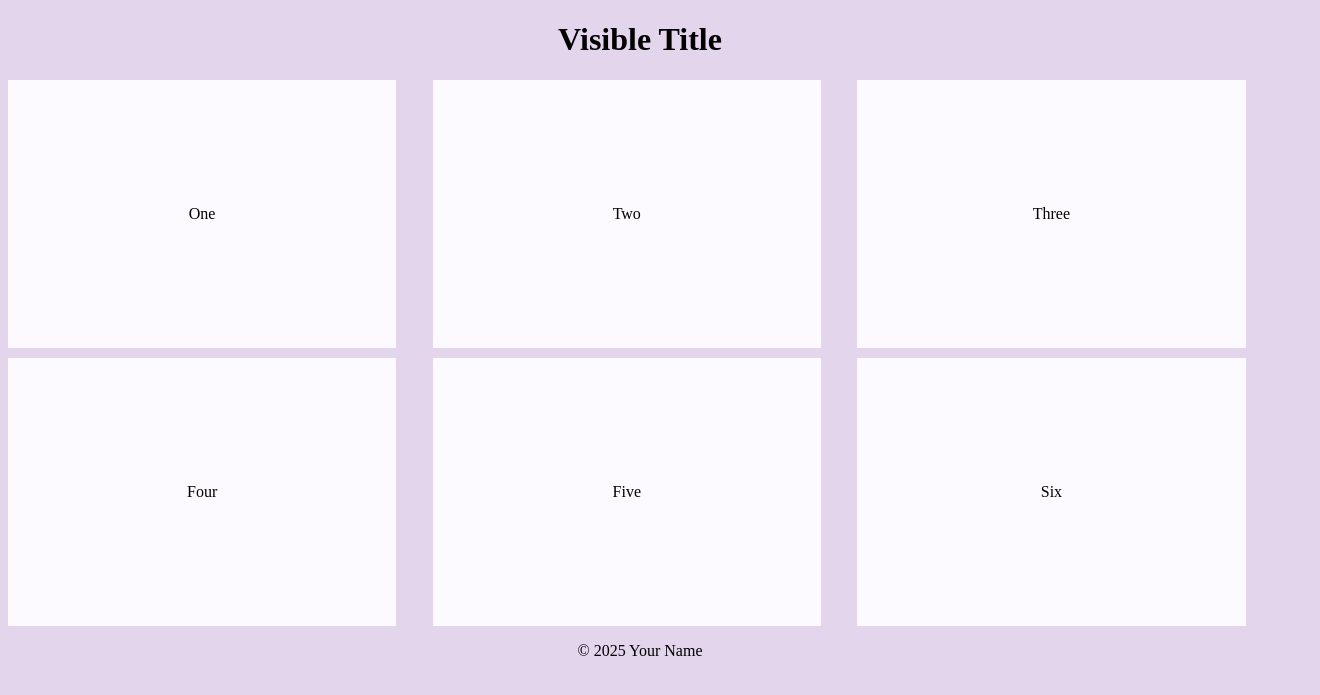
Repository: Brittany-Westlund/WebDesign
Page: FinalProject/index.html
These files come from the project's save history. The page is drawn as it stood at one moment and after the next save; the edit follows.
The browser window is 1280 px wide. The page is 1280 px wide, then 1320 px, so the pictures cover 1320 px, including what lies to the right of the window. The pictures show the whole page.

Above is the page before, as saved 2025-06-13 11:46:23.

After the next save:
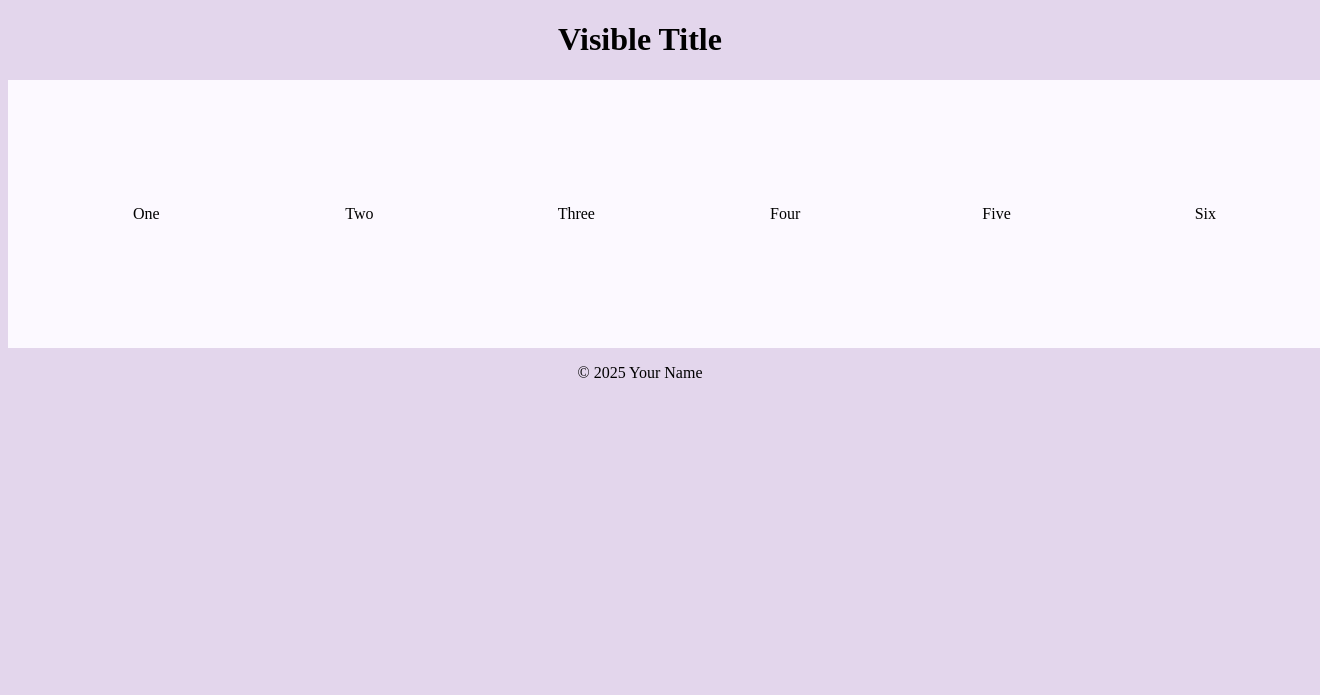
Saved 27 min 8 s later.
--- a/FinalProject/style/style.css
+++ b/FinalProject/style/style.css
@@ -8,7 +8,7 @@ header {
 
 .gallery {
   display: grid;
-  grid-template-columns: 1fr 1fr 1fr;
+  grid-template-columns: repeat(auto-fit, minmax(200px, 1fr));
   gap: 10px;
 }
 
@@ -16,7 +16,7 @@ header {
   text-align: center;
   background-color: #fcf9ff;
   padding: 125px;
-  max-width: 33.33%;
+
 }
 
 footer {
